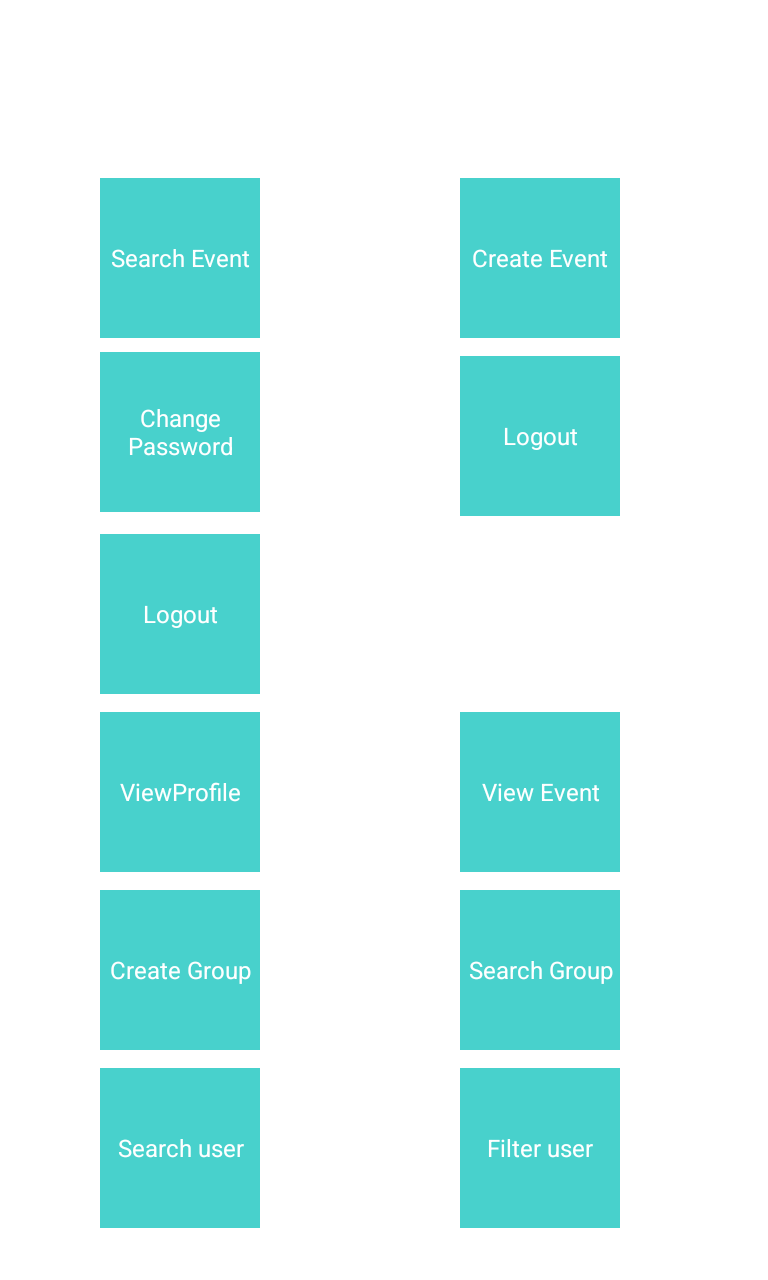
Repository: COMP231-S63G1/COMP231-S63G1
Layout: Wanna/res/layout/login_success.xml
An editor plug-in stored every save of this project. The layout is shown before and after the next save, followed by the edit.
It is drawn on a 768 x 1280 px phone screen (xhdpi) without system bars, with theme AppTheme; the app's code is not run. The app's manifest (not shown) leaves right-to-left support off. So textAlignment, textDirection and layoutDirection are ignored, and left and right values win over start and end ones.

Above is the layout before, as saved 2014-11-24 03:08:36.

### Wanna/res/layout/login_success.xml
<?xml version="1.0" encoding="utf-8"?>
<ScrollView xmlns:android="http://schemas.android.com/apk/res/android"
    android:layout_width="fill_parent"
    android:layout_height="fill_parent"
    >

<LinearLayout
              android:orientation="vertical"
              android:layout_width="match_parent"
              android:layout_height="match_parent"

              >

    <TextView
            android:layout_width="300dp"
            android:textColor="#48D1CC"
            android:layout_height="40dp"
            android:id="@+id/textwelcome"
            android:textSize="25sp"
            android:gravity="center"
            />
    <TextView
            android:layout_width="125dp"
            android:layout_height="40dp"
            android:id="@+id/lname"
            android:layout_alignParentTop="true"
            android:textColor="#000000"
            android:layout_toRightOf="@+id/textwelcome"
            android:textSize="20sp"/>

<TableLayout
    android:layout_width="match_parent"
    android:layout_height="match_parent"
    >
<TableRow>


      <Button
            android:layout_width="80dp"
            android:layout_height="80dp"
            android:text="Search Event"
            android:id="@+id/searchEvent"
            android:textSize="12sp"
            android:textColor="#ffffff"
            android:background="#48D1CC"
            android:layout_marginLeft="50dp"
            android:layout_marginRight="50dp"
            android:layout_marginTop="9dp"
            android:onClick="onSearchEvent"
      />
      <Button
            android:layout_width="80dp"
            android:layout_height="80dp"
            android:text="Create Event"
            android:id="@+id/createEvent"
            android:textSize="12sp"
            android:textColor="#ffffff"
            android:background="#48D1CC"
            android:layout_marginLeft="50dp"
            android:layout_marginRight="50dp"
            android:layout_marginTop="9dp"
            android:onClick="onCreateEvent"
      />


</TableRow>
<TableRow>




    <Button
        android:id="@+id/btchangepass"
        android:layout_width="80dp"
        android:layout_height="80dp"
		android:background="#48D1CC"
        android:layout_below="@+id/textwelcome"
        android:text="Change Password"
        android:textColor="#ffffff"
        android:layout_marginLeft="50dp"
        android:layout_marginRight="50dp"
        android:textSize="12sp"
        android:onClick="onChangePasswordClick"
        />

       <Button
            android:layout_width="80dp"
            android:layout_height="80dp"
            android:text="Logout"
            android:id="@+id/logout"
            android:textSize="12sp"
            android:textColor="#ffffff"
            android:background="#48D1CC"
            android:layout_marginLeft="50dp"
            android:layout_marginRight="50dp"
            android:layout_marginTop="9dp"
            android:onClick="onLogoutClick"
      />

    </TableRow>


<TableRow>

   <Button
            android:layout_width="80dp"
            android:layout_height="80dp"
            android:text="Logout"
            android:id="@+id/logout"
            android:textSize="12sp"
            android:textColor="#ffffff"
            android:background="#48D1CC"
            android:layout_marginLeft="50dp"
            android:layout_marginRight="50dp"
            android:layout_marginTop="9dp"
            android:onClick="onLogoutClick"
      />


</TableRow>
<TableRow>
    <Button
            android:layout_width="80dp"
            android:layout_height="80dp"
            android:text="ViewProfile"
            android:id="@+id/viewProfileInformation"
            android:textSize="12sp"
            android:textColor="#ffffff"
            android:background="#48D1CC"
            android:layout_marginLeft="50dp"
            android:layout_marginRight="50dp"
            android:layout_marginTop="9dp"
            android:onClick="onViewProfileClick"
      />
      <Button
            android:layout_width="80dp"
            android:layout_height="80dp"
            android:text="View Event"
            android:id="@+id/viewEvent"
            android:textSize="12sp"
            android:textColor="#ffffff"
            android:background="#48D1CC"
            android:layout_marginLeft="50dp"
            android:layout_marginRight="50dp"
            android:layout_marginTop="9dp"
            android:onClick="onViewEventClick"
      />


</TableRow>
<TableRow>
  <Button
            android:layout_width="80dp"
            android:layout_height="80dp"
            android:text="Create Group"
            android:id="@+id/createGroup"
            android:textSize="12sp"
            android:textColor="#ffffff"
            android:background="#48D1CC"
            android:layout_marginLeft="50dp"
            android:layout_marginRight="50dp"
            android:layout_marginTop="9dp"
            android:onClick="onCreateGroupClick"
      />
  <Button
            android:layout_width="80dp"
            android:layout_height="80dp"
            android:text="Search Group"
            android:id="@+id/searchGroup"
            android:textSize="12sp"
            android:textColor="#ffffff"
            android:background="#48D1CC"
            android:layout_marginLeft="50dp"
            android:layout_marginRight="50dp"
            android:layout_marginTop="9dp"
            android:onClick="onSearchGroupClick"
      />


</TableRow>

<TableRow>
  <Button
            android:layout_width="80dp"
            android:layout_height="80dp"
            android:text="Search user"
            android:id="@+id/searchUserByName"
            android:textSize="12sp"
            android:textColor="#ffffff"
            android:background="#48D1CC"
            android:layout_marginLeft="50dp"
            android:layout_marginRight="50dp"
            android:layout_marginTop="9dp"
            android:onClick="onSearchUserClick"
      />

  <Button
            android:layout_width="80dp"
            android:layout_height="80dp"
            android:text="Filter user"
            android:id="@+id/searchUserByFiltration"
            android:textSize="12sp"
            android:textColor="#ffffff"
            android:background="#48D1CC"
            android:layout_marginLeft="50dp"
            android:layout_marginRight="50dp"
            android:layout_marginTop="9dp"
            android:onClick="onFiltrationUserClick"
      />


</TableRow>

    </TableLayout>
    <TextView
            android:layout_width="300dp"
            android:layout_height="25dp"
            android:id="@+id/textView"
            android:layout_below="@+id/logout"
            android:layout_alignParentRight="true"
            android:textSize="18sp" android:textColor="#000000"
            android:textAlignment="center"/>

</LinearLayout>
</ScrollView>

Loaded but not shown: Wanna/res/values/styles.xml (common file); Wanna/res/values-v11/styles.xml (common file); Wanna/res/values-v14/styles.xml (common file)

After the next save:
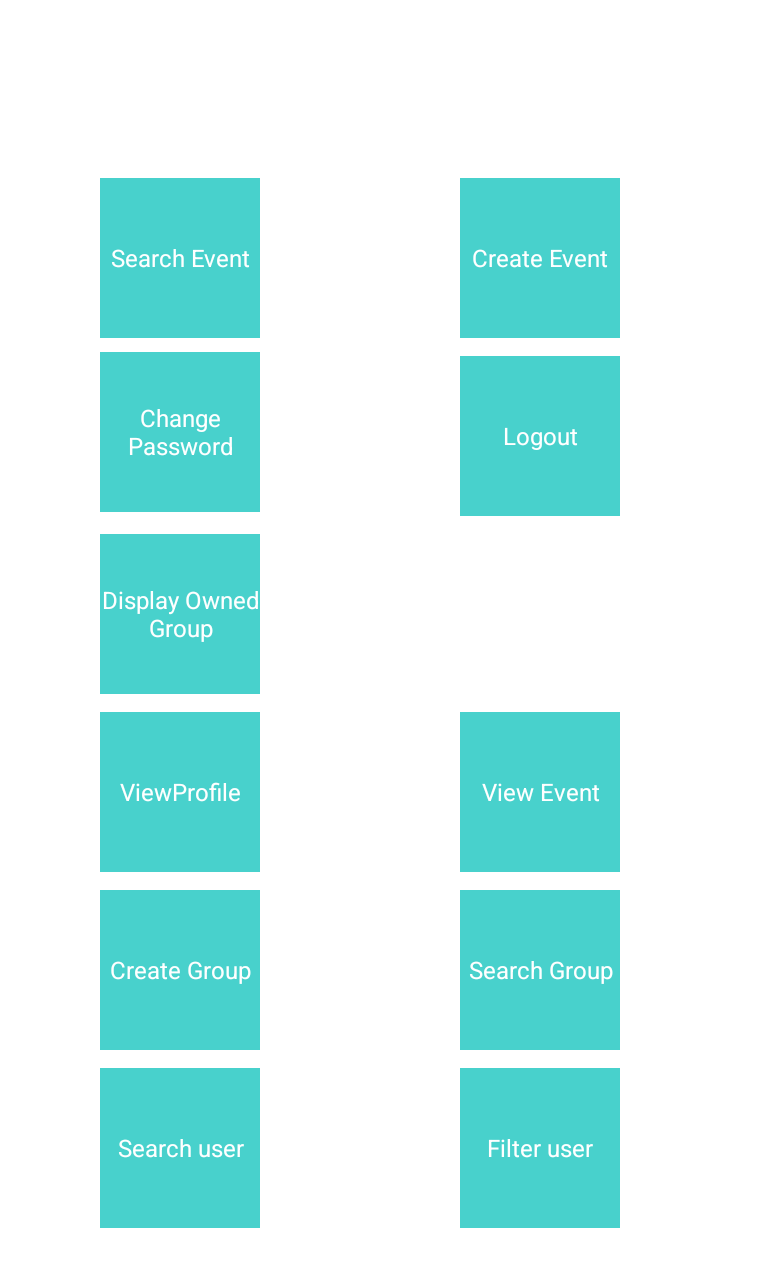
Saved 58 s later.
--- a/Wanna/res/layout/login_success.xml
+++ b/Wanna/res/layout/login_success.xml
@@ -105,15 +105,15 @@
    <Button
             android:layout_width="80dp"
             android:layout_height="80dp"
-            android:text="Logout"
-            android:id="@+id/logout"
-            android:textSize="12sp"
-            android:textColor="#ffffff"
-            android:background="#48D1CC"
-            android:layout_marginLeft="50dp"
-            android:layout_marginRight="50dp"
-            android:layout_marginTop="9dp"
-            android:onClick="onLogoutClick"
+            android:text="Display Owned Group"
+            android:id="@+id/displayOwnedGroup"
+            android:textSize="12sp"
+            android:textColor="#ffffff"
+            android:background="#48D1CC"
+            android:layout_marginLeft="50dp"
+            android:layout_marginRight="50dp"
+            android:layout_marginTop="9dp"
+            android:onClick="onDisplayOwnedGroup"
       />
 
 
